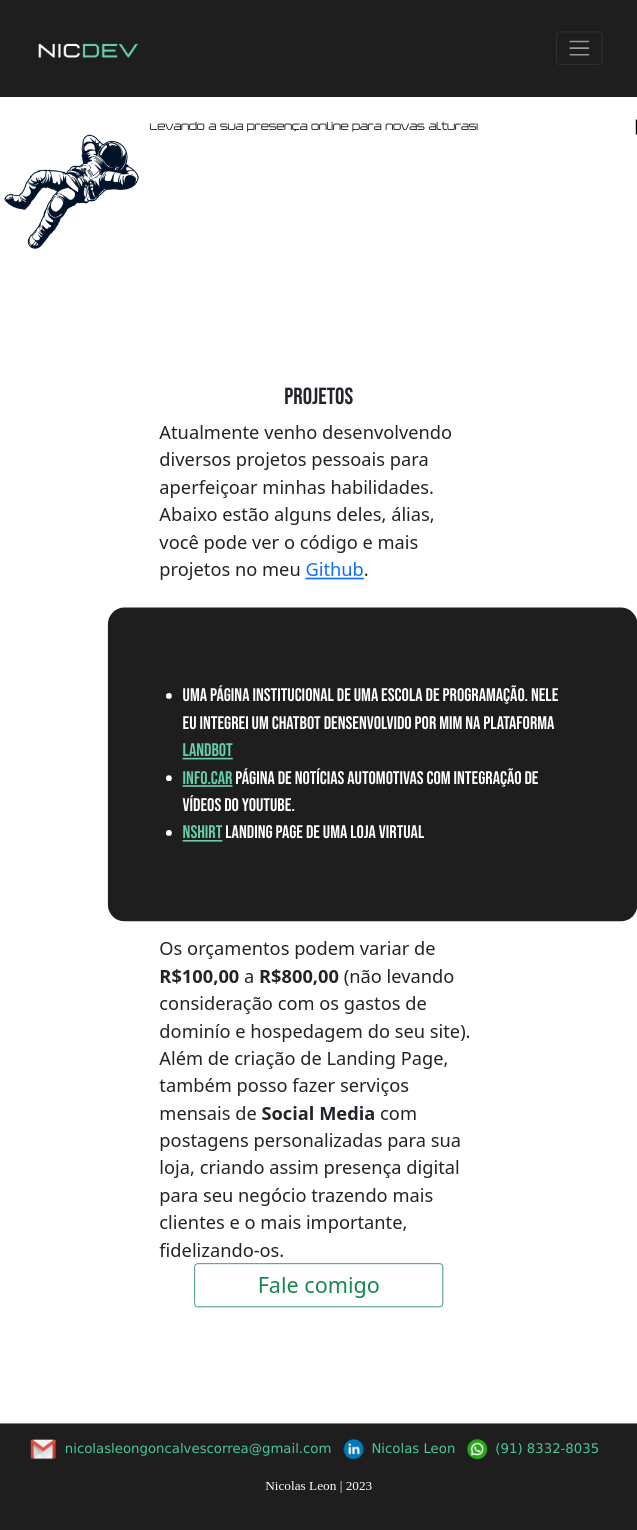
Repository: Leonngc/nicdev
Page: projects.html
The author's editor kept a copy of each file at every save. The page is drawn from the files as they stood at one save, then again after a run of saves.
The browser window is 768 px wide. The pictures show the whole page, at 83% of full size.
Some web libraries are served in a nearby version.

Above is the page before, as saved 2023-04-15 20:27:20.

### projects.html
<!DOCTYPE html>
<html lang="pt-br">
  <head>
    <meta charset="UTF-8" />
    <meta http-equiv="X-UA-Compatible" content="IE=edge" />
    <meta name="viewport" content="width=device-width, initial-scale=1.0" />
    <title>nicdev - Projetos</title>
    <link
      href="https://cdn.jsdelivr.net/npm/bootstrap@5.0.2/dist/css/bootstrap.min.css"
      rel="stylesheet"
      integrity="sha384-EVSTQN3/azprG1Anm3QDgpJLIm9Nao0Yz1ztcQTwFspd3yD65VohhpuuCOmLASjC"
      crossorigin="anonymous"
    />

    <link rel="stylesheet" href="styles/scrollbar.css" />
    <link rel="stylesheet" href="styles/footer.css" />
    <link rel="stylesheet" href="styles/projects.css"/>
    ">
  </head>
  <body>
    <header style="background-color: #1e1e1e; padding: 30px" class="fixed-top">
      <nav class="navbar navbar-expand-lg navbar-dark">
        <div class="container-fluid">
          <a class="navbar-brand" href="index.html"
            ><img
              src="images/nicdev-logo.png"
              alt="logo da NicDev"
              style="width: 130px"
          /></a>
          <button
            class="navbar-toggler"
            type="button"
            data-bs-toggle="collapse"
            data-bs-target="#navbarNavDropdown"
            aria-controls="navbarNavDropdown"
            aria-expanded="false"
            aria-label="Toggle navigation"
          >
            <span class="navbar-toggler-icon"></span>
          </button>
          <div
            class="collapse navbar-collapse justify-content-end"
            id="navbarNavDropdown"
          >
            <ul class="navbar-nav">
              <li class="nav-item">
                <a class="nav-link" href="index.html" target="_parent">Home</a>
              </li>
              <li class="nav-item">
                <a class="nav-link" href="about.html" target="_parent">Sobre</a>
              </li>
              <li class="nav-item">
                <a class="nav-link active disabled" href="#">Projetos</a>
              </li>
              <li class="nav-item dropdown">
                <a
                  class="nav-link dropdown-toggle"
                  href="#"
                  id="navbarDropdownMenuLink"
                  role="button"
                  data-bs-toggle="dropdown"
                  aria-expanded="false"
                >
                  Contatos
                </a>
                <ul
                  class="dropdown-menu"
                  aria-labelledby="navbarDropdownMenuLink"
                >
                  <li>
                    <a class="dropdown-item" href="#"
                      >WhatsApp
                      <img src="images/whatsapp.png" alt="" class="redes-logo"
                    /></a>
                  </li>
                  <li>
                    <a class="dropdown-item" href="#"
                      >Email
                      <img src="images/gmail (1).png" alt="" class="redes-logo"
                    /></a>
                  </li>
                  <li>
                    <a class="dropdown-item" href="#"
                      >Linkedin
                      <img src="images/linkedin.png" alt="" class="redes-logo"
                    /></a>
                  </li>
                </ul>
              </li>
            </ul>
          </div>
        </div>
      </nav>
    </header>

  <div class="slogan-container">
    <img src="images/astronauta.png" alt="" class="astronauta"> <p class="slogan">Levando a sua presença online para novas alturas!</p>
  </div>
    <main>
      <h2>Projetos</h2>

      <p>Atualmente venho desenvolvendo diversos projetos pessoais para aperfeiçoar minhas habilidades. Abaixo estão alguns deles, álias, você pode ver o código  e mais projetos no meu <a href="">Github</a>.</p>

      <ul>
        <li><a href="Dev College"></a> Uma página institucional de uma escola de programação. Nele eu integrei um chatbot  densenvolvido por mim na plataforma <a href="">Landbot</a>
        </li>
        <li>
          <a href="">Info.Car</a> página de notícias automotivas com integração de vídeos do Youtube.
        </li>

        <li>
          <a href="">Nshirt</a> Landing Page de uma loja virtual
        </li>

      </ul>

      <p>Os orçamentos podem variar de <strong>R$100,00</strong> a <strong>R$800,00</strong> (não levando consideração com os gastos de dominío e hospedagem do seu site). Além de criação de Landing Page, também posso fazer serviços mensais de <strong>Social Media</strong> com postagens personalizadas para sua loja, criando assim presença digital para seu negócio trazendo mais clientes e o mais importante, fidelizando-os.</p>
      <a href=""><button type="button" class="btn btn-outline-success" style="width: 300px; font-size: 26px; margin-bottom: 40px;">Fale comigo</button></a>
    </main>

    <footer>
      <p><img src="images/gmail.png" alt=""><a href="">nicolasleongoncalvescorrea@gmail.com</a> <img src="images/linkedin.png" alt=""><a href="">Nicolas Leon</a> <img src="images/whatsapp.png" alt=""><a href="">(91) 8332-8035</a></p>
      <p class="rights">Nicolas Leon | 2023</p>
    </footer>
    <script
      src="https://cdn.jsdelivr.net/npm/bootstrap@5.0.2/dist/js/bootstrap.bundle.min.js"
      integrity="sha384-MrcW6ZMFYlzcLA8Nl+NtUVF0sA7MsXsP1UyJoMp4YLEuNSfAP+JcXn/tWtIaxVXM"
      crossorigin="anonymous"
    ></script>
  </body>
</html>

### styles/scrollbar.css
body{
    overflow-x: hidden;
}
body::-webkit-scrollbar {
    width: 6px;               /* width of the entire scrollbar */
  }

  body::-webkit-scrollbar-track {
    background: rgb(5, 5, 5);        /* color of the tracking area */
  }

  body::-webkit-scrollbar-thumb {
    background-color: #4BC6B9;    /* color of the scroll thumb */
    border-radius: 20px;       /* roundness of the scroll thumb */
  }

  .redes-logo{
    width: 30px;
    padding: 6px;
  }

### styles/footer.css
footer{
    background-color: #1e1e1e;;
    text-align: center;
    margin-top: 200px;
    padding: 15px;
    height: 13vh;
}

footer > p  a{
    padding: 10px;
    text-decoration: none;
    color: white;
    font-family: 'Lucida Sans', 'Lucida Sans Regular', 'Lucida Grande', 'Lucida Sans Unicode', Geneva, Verdana, sans-serif;
}

footer > p > a:hover{
    color: #66CDAA;
    transition: 1s;
}

.rights{
    color: white;
    font-family: 'Times New Roman', Times, serif;
}
 @media screen and (max-width:900px) {
    footer{
        margin-top: 100px;
        height: 16vh;

    }
    footer > p > a{
        color: #4bc6a3;
    }
 }

### styles/projects.css
@import url('https://fonts.googleapis.com/css2?family=Bebas+Neue&display=swap'); /* CDN GOOGLE  FONT */
@import url('https://cdn-uicons.flaticon.com/uicons-solid-straight/css/uicons-solid-straight.css'); /* CDN ICON*/
@font-face {
    font-family: Lastica;
    src: url(../fonts/instrg.ttf);
}

@keyframes typewriter {
    from {
      width: 0%;
    }
    to {
      width: 50%;
    }
  }
  @keyframes blink {
    from {
      border-color: black;
    }
    to {
      border-color: transparent;
    }
  }

*{
    max-width: 100vw;
}

:root{
 --bebas-neue : 'Bebas Neue', cursive;
}

body{
    max-width: 100vw;
    overflow-x: hidden;
}

main{
    margin-top: 300px;
    text-align: center;
}

.slogan-container{
  margin-top: 120px;
}


.slogan{
    font-family: Lastica, sans-serif;
    font-weight: bold;
    font-size: 30px;
    overflow: hidden;
    animation: typewriter 2s steps(15) alternate,
      blink 800ms steps(15)  normal;
    border-right: 2px solid black;
}

.astronauta{
    width: 250px;
    float: left;

}

h2{
    font-family: var(--bebas-neue);
    text-align: center;
}

main > p{
    text-align: start;
    margin: auto;
    width: 50vw;
    font-size: 22px;
}

main > ul{
    font-family: var(--bebas-neue);
    font-size: 22px;
    margin-left: 130px;
    margin-top: 30px;
    background-color: #1e1e1e;
    color: white;
    padding: 90px;
    border-radius: 20px;
    text-align: left;
}

li > a{
    color: #66CDAA;
}

li > img{
    width: 600px;
    padding: 50px;
}

@media screen and (max-width:900px){
    .astronauta{
        width: 180px;
    }
    .slogan{
        font-size: 12px;
    }


}

After the next 3 saves:
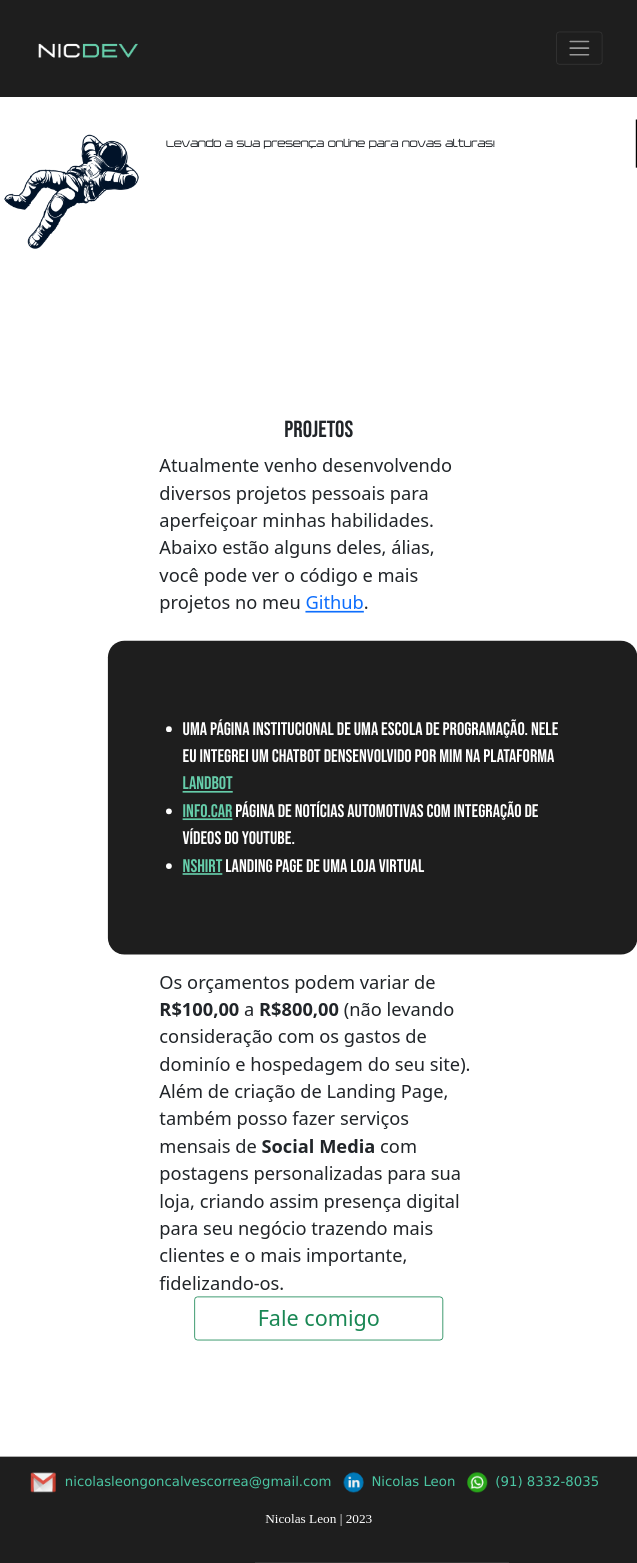
The 3 saves are shown as one change because they came seconds apart.
The last was saved 12 s later.
--- a/styles/projects.css
+++ b/styles/projects.css
@@ -99,7 +99,7 @@ li > img{
         width: 180px;
     }
     .slogan{
-        font-size: 12px;
+        font-size: 12px;padding: 20PX;
     }
 
 
